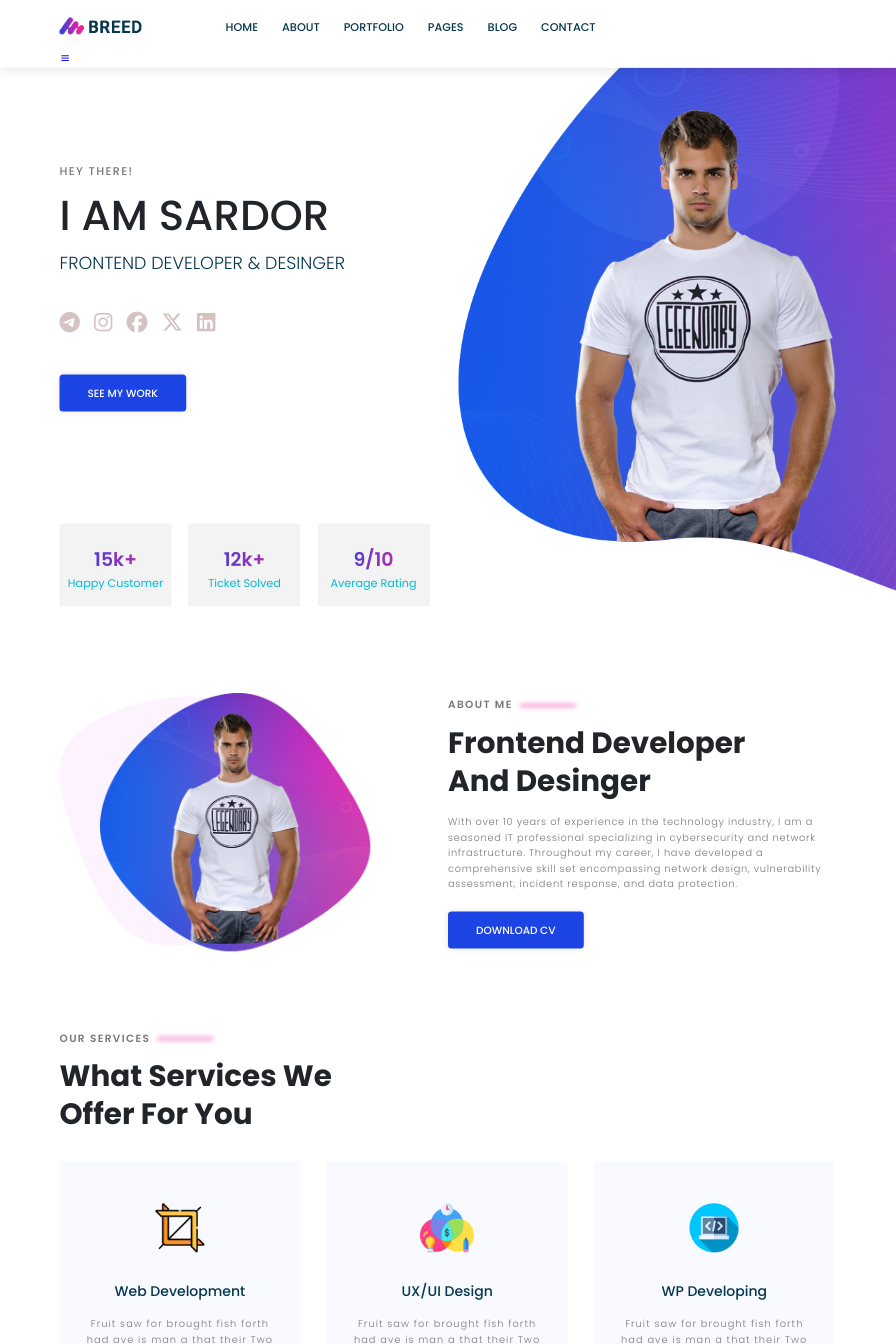
Repository: whoami2991/Sardorbek-Portfolio---Home
Page: index.html
These files come from the project's save history. The page is drawn as it stood at one moment and after the next save; the edit follows.
The browser window is 1280 px wide. The pictures show the part of the page from y = 0 to 1920 px (the page is 6022 px tall), at 70% of full size.

Above is the page before, as saved 2024-08-04 22:33:37.

After the next save:
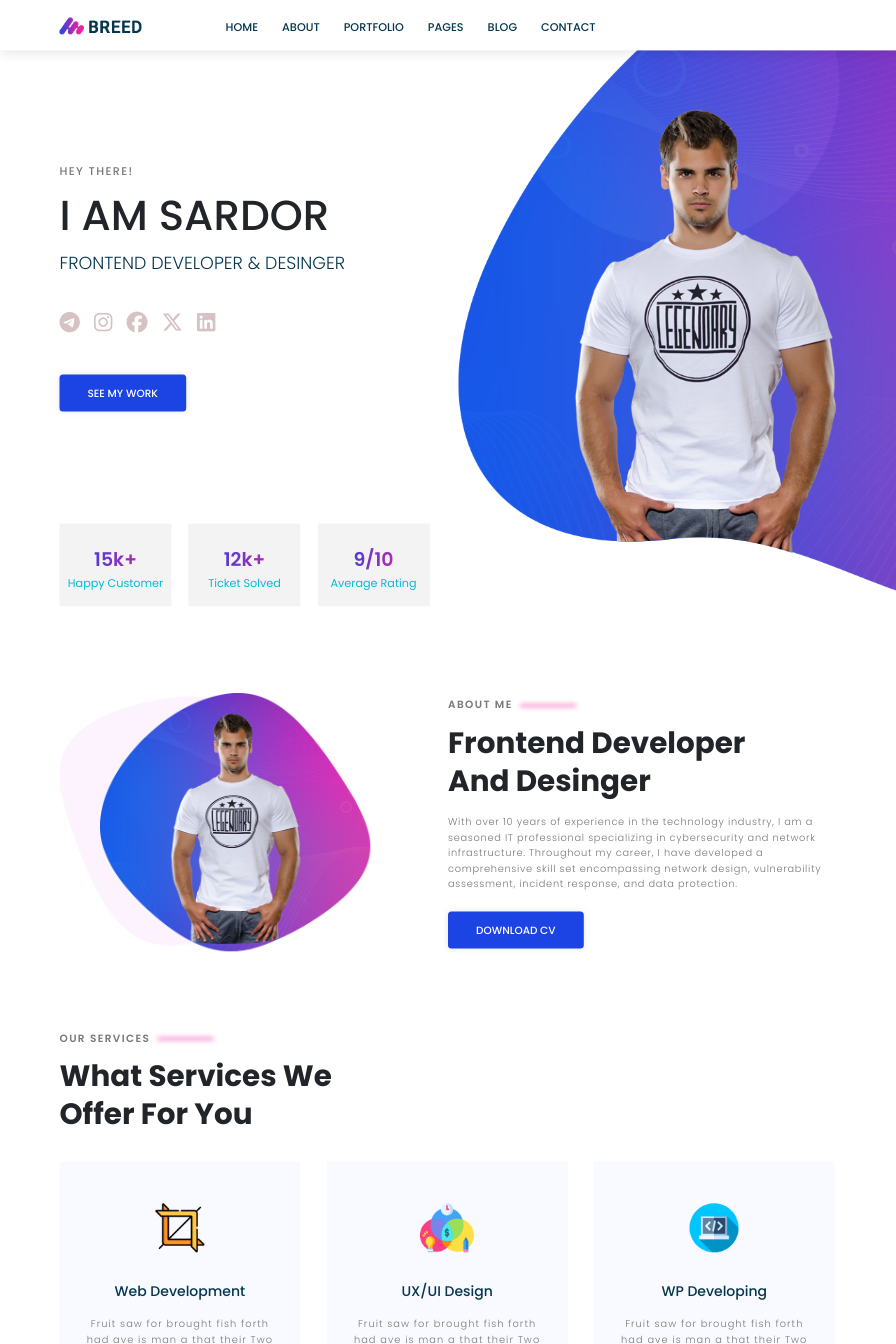
Saved 2 min 0 s later.
--- a/shared.css
+++ b/shared.css
@@ -81,6 +81,9 @@ body{
     border-style: none;
     margin-right: 60px;
 }
+.menu{
+    display: none;
+}
 .main-navigation{
     display: inline-block;
     vertical-align: top;
